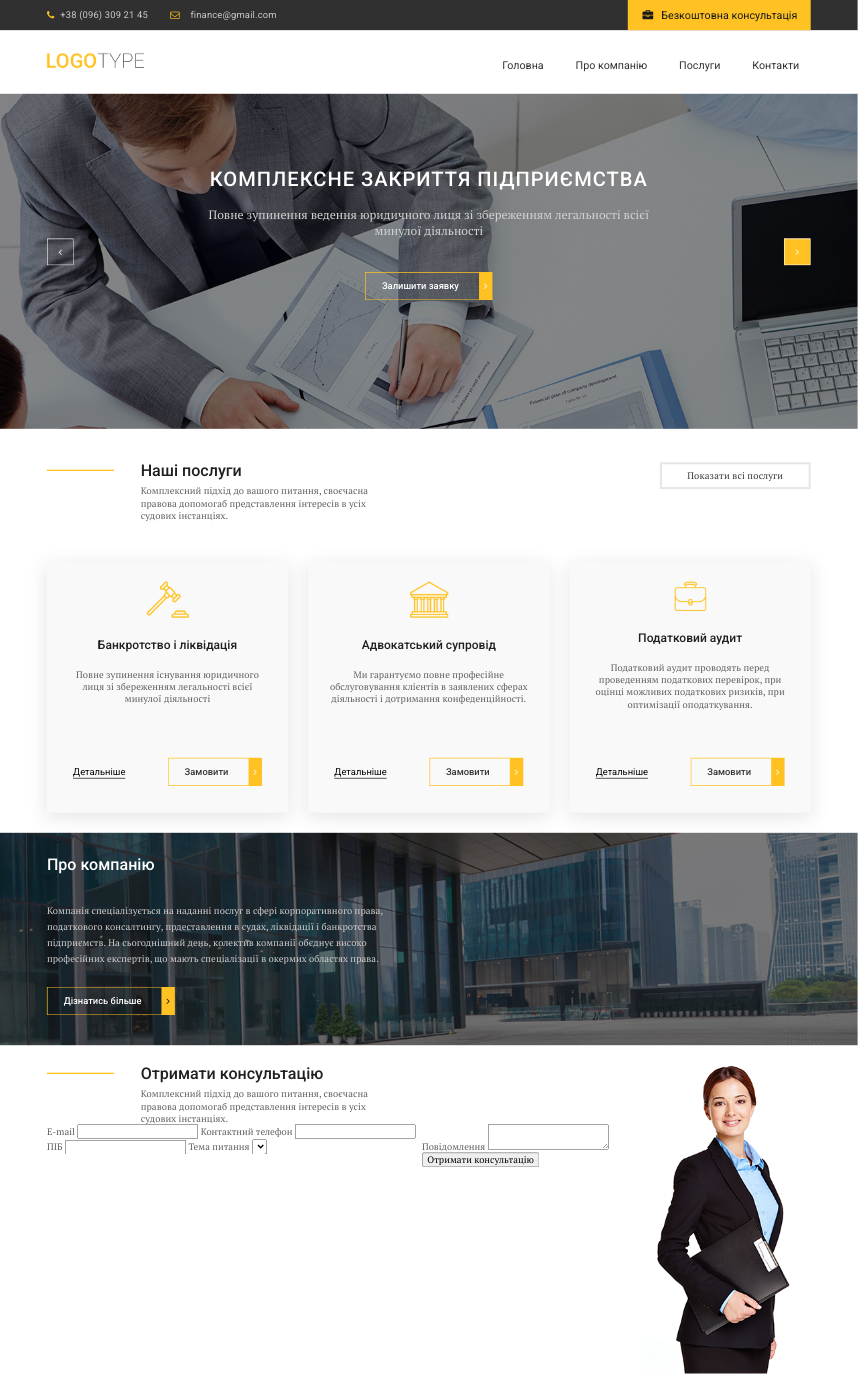
Repository: oliachipko/companysait
Page: index.html
The author's editor kept a copy of each file at every save. The page is drawn from the files as they stood at one save, then again after the next save.
The browser window is 1280 px wide. The pictures show the whole page, at 67% of full size.

Above is the page before, as saved 2020-11-20 03:33:29.

After the next save:
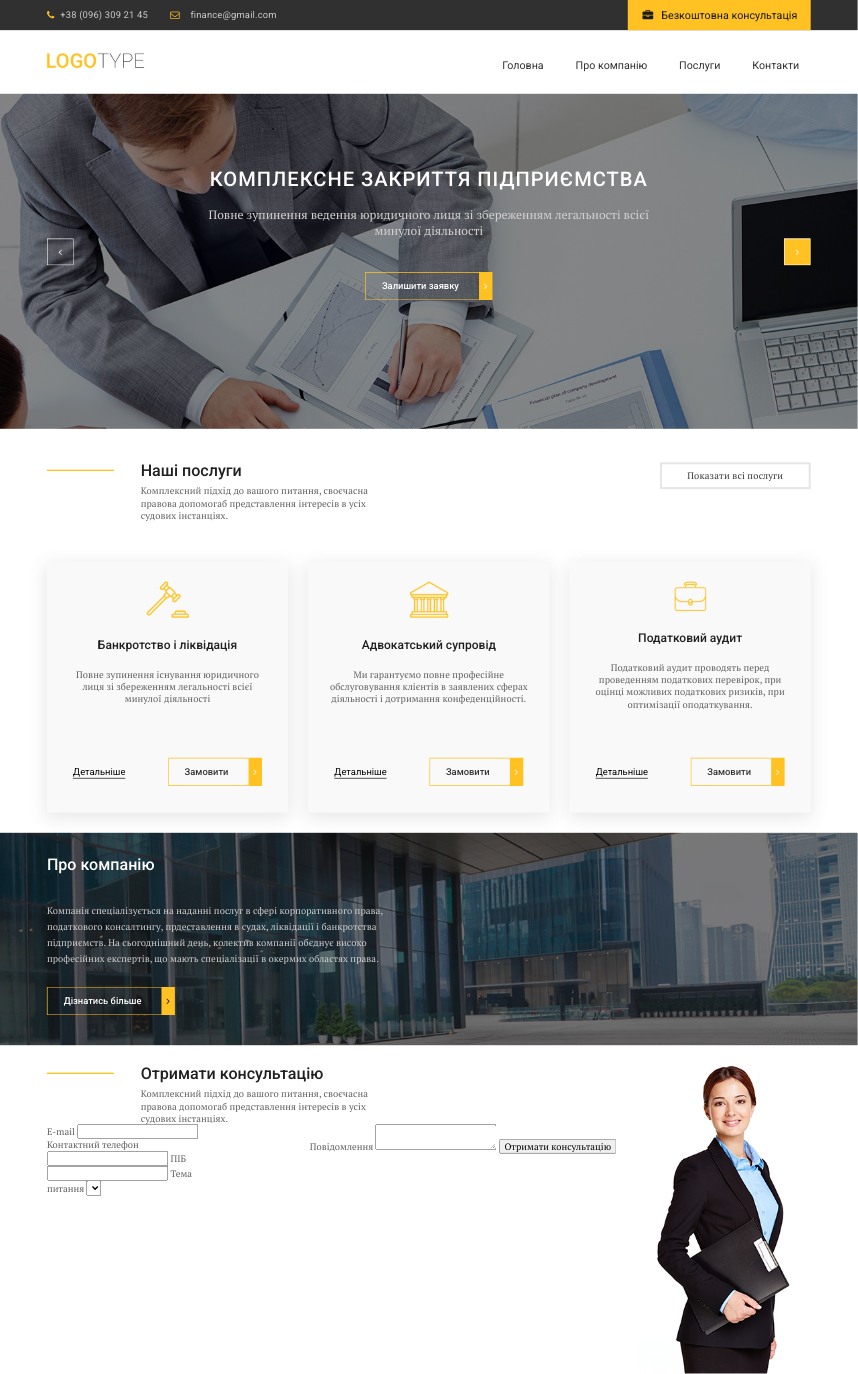
Saved 78 s later.
--- a/css/style.css
+++ b/css/style.css
@@ -337,4 +337,10 @@ header {
 }
 .form__box-inner {
     display: flex;
-}
+    justify-content: space-between;
+}
+.form__box-left{
+    max-width: 260px;
+
+}
+.
